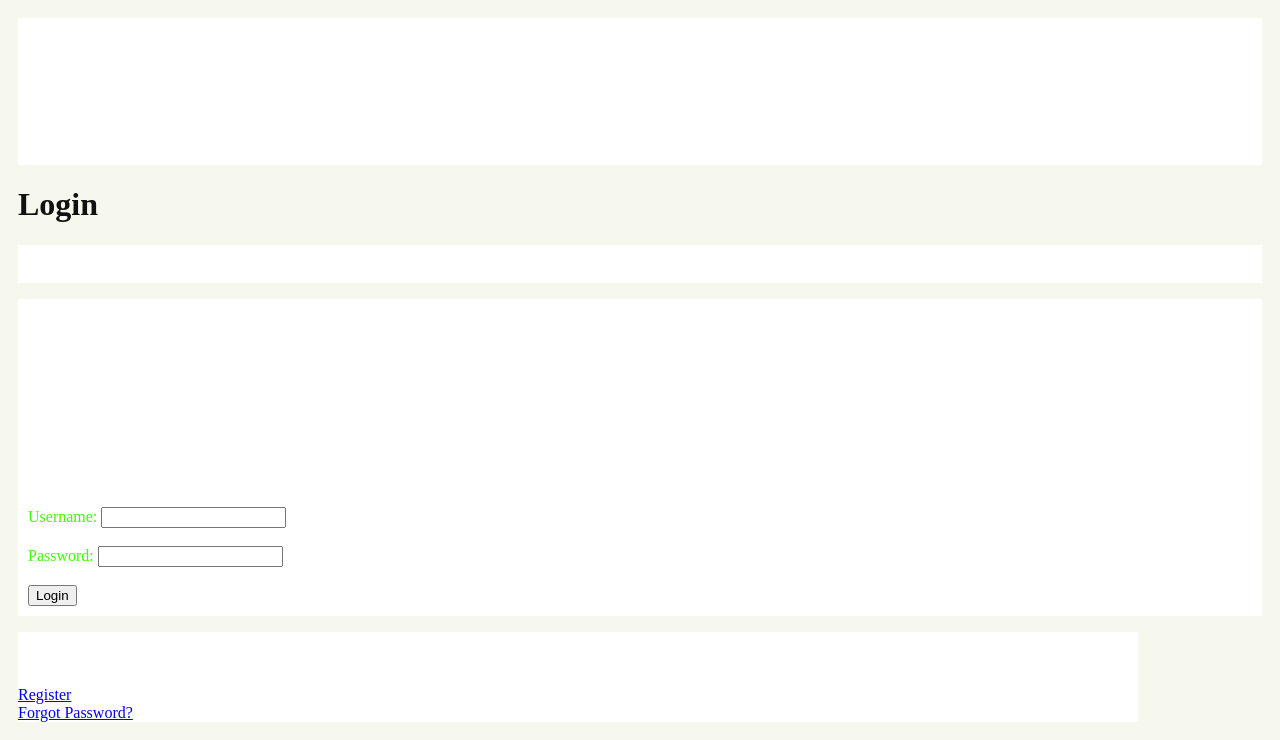
Repository: Gianeuz/CD-Miranda
Page: login/login.html
An editor plug-in stored every save of this project. The page is shown before and after a run of saves, followed by the edit.
The browser window is 1280 px wide. The pictures show the whole page.

Above is the page before, as saved 2026-09-25 00:00:35.

After the next 3 saves:
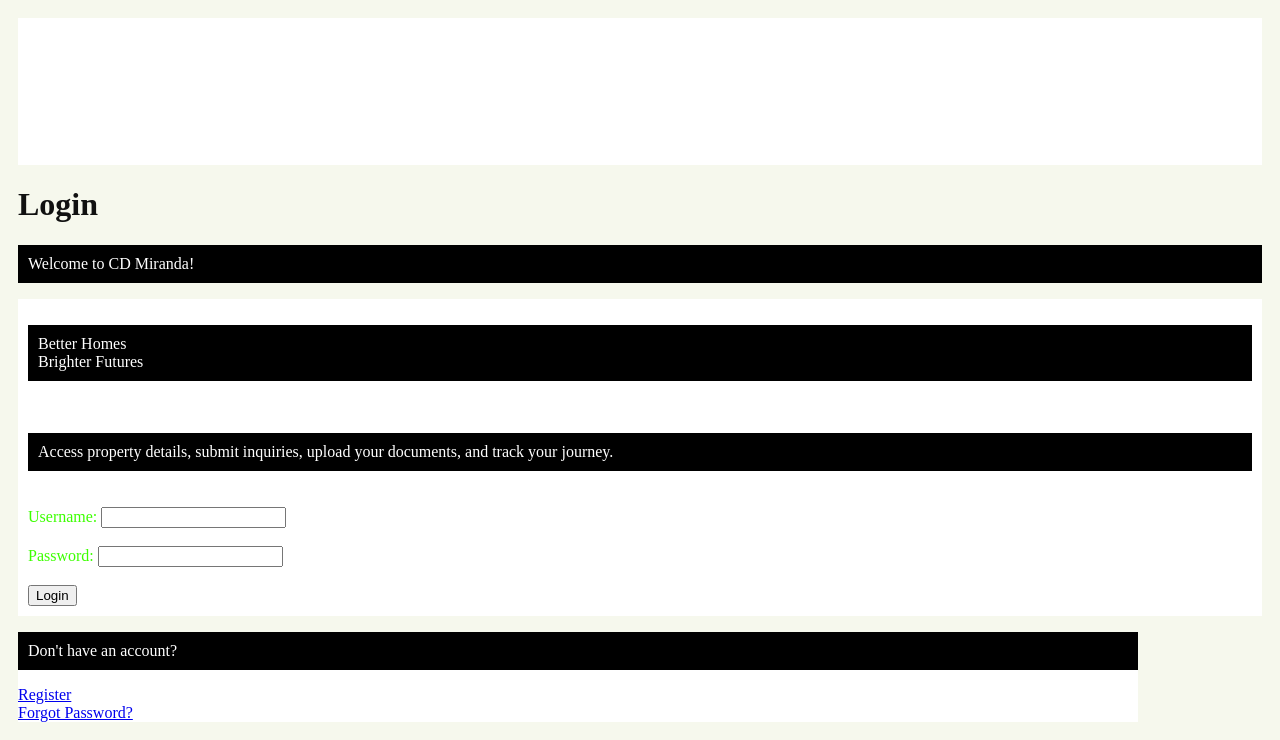
The 3 saves are shown as one change because they came seconds apart.
The last was saved 16 s later.
--- a/login/login.css
+++ b/login/login.css
@@ -6,7 +6,7 @@
 }
 
 p {
-    background-color: #ffffff;
+    background-color: #000000;
     color: rgb(255, 255, 255);
     padding: 10px;
     text-align: left;

After the save that followed:
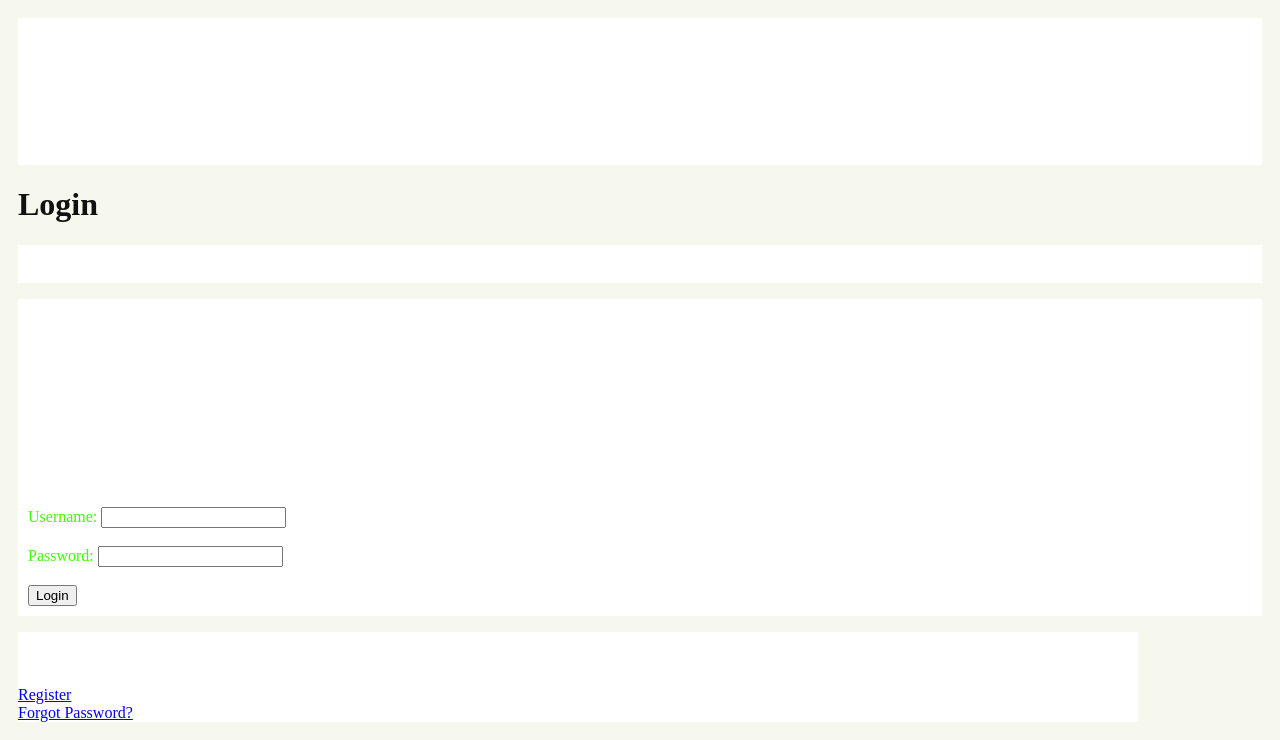
Saved 6 s later.
--- a/login/login.css
+++ b/login/login.css
@@ -6,7 +6,7 @@
 }
 
 p {
-    background-color: #000000;
+    background-color: #ffffff;
     color: rgb(255, 255, 255);
     padding: 10px;
     text-align: left;
